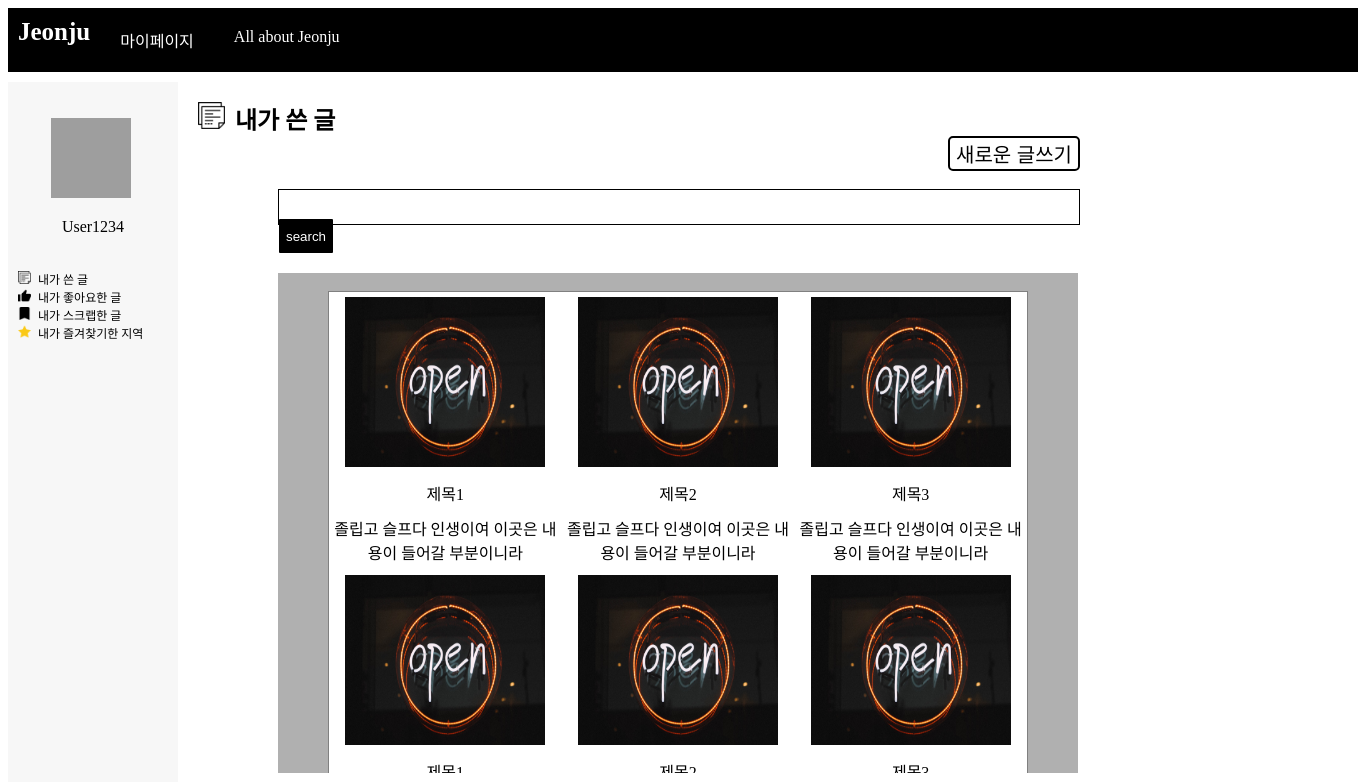
Repository: wka99/WEB-PROJECT
Page: Jeonju/WebContent/UserPage.html
These files come from the project's save history. The page is drawn as it stood at one moment and after the next save; the edit follows.
The browser window is 1280 px wide. The page is 1358 px wide, so the pictures cover 1358 px, including what lies to the right of the window. The pictures show the whole page.
Pictures or frames that could not be fetched are drawn as grey boxes. An inner scrolling area shows only its first screen. Some web libraries are served in a nearby version.

Above is the page before, as saved 2018-12-03 09:49:49.

### Jeonju/WebContent/UserPage.html
<!DOCTYPE html>
<html>
<head>
<meta content="text/html" charset="EUC-KR">
<script src="https://code.jquery.com/jquery-3.2.1.min.js"></script>
<script>
$(document).ready(function(){
    $("#searchbutton").click(function(event){
    	var keyword=$(".searchtext").val();
    	alert(keyword);
    });
})
</script>
<title>전주 mypage</title>
<link rel="stylesheet" type="text/css" href="NewFile.css">
</head>
<body>
<div id="container">
	<ul class="menubar">
		<li class="h"><a class="title" href="##"><b>Jeonju</b></a></li>
		<li class="h"><a class="h" href="UserPage.html">마이페이지</a>
			<ul>
				<li><a href="UserPage.html"><img id="usermenuimg" src="paper.png"></img> 내가 쓴 글</a></li>
				<li><a href="UserPage2.html"><img id="usermenuimg" src="thumb-up-button.png"></img> 내가 좋아요한 글</a></li>
				<li><a href="UserPage3.html"><img id="usermenuimg" src="bookmark-ribbon.png"></img> 내가 스크랩한 글</a></li>
				<li><a href="UserPage4.html"><img id="usermenuimg" src="star.png"></img> 내가 즐겨찾기한 글</a></li>
			</ul>
		</li>
		<li class="h"><a class="h" href="##">All about Jeonju</a></li>
	</ul>
    <nav>
    	<br><br>
    	<img id="userImg" src="user.png" width="80px" height="80px"></img>
    	<br><p align="center">User1234</p><br></a>
	<div class="menu">
    	<img id="usermenuimg" src="paper.png"></img>
    	<a href="UserPage.html"><span>&nbsp;내가 쓴 글</span><br></a>
    	<img id="usermenuimg" src="thumb-up-button.png"></img>
    	<a href="UserPage2.html"><span>&nbsp;내가 좋아요한 글</span><br></a>
    	<img id="usermenuimg" src="bookmark-ribbon.png"></img>
    	<a href="UserPage3.html"><span>&nbsp;내가 스크랩한 글</span><br></a>
    	<img id="usermenuimg" src="star.png"></img>
    	<a href="UserPage4.html"><span>&nbsp;내가 즐겨찾기한 지역</span></a>
	</div>
    </nav>
    <section>
    	<div class="title">
    		<img class="bigMenu" id="내가 쓴 글" src="paper.png" width="27px" height="27px"></img>
    		<b><font size="5">&nbsp;내가 쓴 글</font></b>
    	</div>
    	<div align="right">
    		<button class="btn-2" onClick="location.href='##sss'">새로운 글쓰기</button>
    	</div>
    	<br>
    	<form action="#" method="get">
    	<div class="searchwindow">
    		<input type="text" class="searchtext" value=""/>
    		<button id="searchbutton" type="button" class="search">search</button>
    	</div>
    	</form>
    	<br><br>
    	<div class="myPost">
    	<br>
    	<table id="user-table">
    		<tbody>
    		<tr>
				<td><img src="ds.jpg" width="200px" height="170px"></td>
				<td><img src="ds.jpg" width="200px" height="170px"></td>
				<td><img src="ds.jpg" width="200px" height="170px"></td>
    		</tr>
    		<tr>
    			<td height="10px">제목1</td>
				<td height="10px">제목2</td>
				<td height="10px">제목3</td>
    		</tr>
    		<tr>
    			<td height="50px">졸립고 슬프다 인생이여 이곳은 내용이 들어갈 부분이니라</td>
				<td height="50px">졸립고 슬프다 인생이여 이곳은 내용이 들어갈 부분이니라</td>
				<td height="50px">졸립고 슬프다 인생이여 이곳은 내용이 들어갈 부분이니라</td>
    		</tr>
    		<tr>
				<td><img src="ds.jpg" width="200px" height="170px"></td>
				<td><img src="ds.jpg" width="200px" height="170px"></td>
				<td><img src="ds.jpg" width="200px" height="170px"></td>
    		</tr>
    		<tr>
    			<td height="10px">제목1</td>
				<td height="10px">제목2</td>
				<td height="10px">제목3</td>
    		</tr>
    		<tr>
    			<td height="50px">졸립고 슬프다 인생이여 이곳은 내용이 들어갈 부분이니라</td>
				<td height="50px">졸립고 슬프다 인생이여 이곳은 내용이 들어갈 부분이니라</td>
				<td height="50px">졸립고 슬프다 인생이여 이곳은 내용이 들어갈 부분이니라</td>
    		</tr>
    		</tbody>
    	</table>
    	</div>
    </section>
</div>
</body>
</html>

### Jeonju/WebContent/NewFile.css
	#container{
		width:1350px;
		margin:0px auto;
	}
	header{
		    		width:100%;
                    height:50px;
                    background-color:black;
                    color:white;
                   }
    .menubar{
    	list-style-type:none;
    	margin:0;
    	padding:0;
    	overflow:hidden;
    	background-color:black;
    }
    li.h{
    	float:left;
    	solid #bbb;
    }
    li.h a.h{
    	display:block;
    	color:white;
    	text-align:center;
    	padding:20px;
    	text-decoration:none;
    }
    li.h a.title{
    	display:block;
    	color:white;
    	text-align:center;
    	padding:10px;
    	text-decoration:none;
    	font-size:25px;
    }
    .menubar li ul{
    	opacity:0.8;
		background: rgb(109,109,109);
		display:none; /* 평상시에는 드랍메뉴가 안보이게 하기 */
		height:auto;
		padding:0px;
		margin:0px;
		border:0px;
		position:absolute;
		width:200px;
		z-index:200;
	}
	.menubar li:hover ul{
		display:block; /* 마우스 커서 올리면 드랍메뉴 보이게 하기 */
	}
	.menubar li li {
	background: rgb(109,109,109);
	display:block;
	float:none;
	margin:0px;
	padding:0px;
	width:200px;
	}
	.menubar li:hover li a{
	background:none;
	}
	.menubar li ul a{
	display:block;
    color:white;
    text-align:left;
    text-decoration:none;
    padding:15px;
	}
	.menubar li ul a:hover, .menubar li ul li:hover a{
	background: rgb(71,71,71);
	border:0px;
	color:#ffffff;
	text-decoration:none;
	}
    li.h a.h:hover{background-color:#dfdfdf;}

    .searchwindow {
	display: inline-block;
	width: 800px; height: 34px;
	border: 1px solid black;
	background: white;
	align:center;
	margin-left:100px;
	}
	.searchtext {
		width: 731px; height: 21px;
		margin: 6px 0 0 9px;
		border: 0;
		line-height: 21px;
		font-size: 16px;
		outline: none;
	}
	.searchwindow4 {
	display: inline-block;
	width: 700px; height: 34px;
	border: 1px solid black;
	background: white;
	align:center;
	}
	.searchtext4 {
		width: 631px; height: 21px;
		margin: 6px 0 0 9px;
		border: 0;
		line-height: 21px;
		font-size: 16px;
		outline: none;
	}
	.search,.search4 {
		width: 54px; height: 34px;
		margin: 0; border: 0;
		vertical-align: top;
		background: black;
		color: white;
		border-radius: 1px;
		cursor: pointer;
	}
	.search:hover,.search4:hover {
		background: #faa93e;
	}

	.btn-2,
	.btn-2::after {
	  -webkit-transition: all 0.3s;
	    -moz-transition: all 0.3s;
	  -o-transition: all 0.3s;
	    transition: all 0.3s;
	}
	.btn-2{
	  background: none;
	  border: 2px solid #000000;
	  border-radius: 5px;
	  color: #000000;
	  display: block;
	  font-size: 20px;

	  position: relative;
	  text-transform: uppercase;
	}

	.btn-2::before,
	.btn-2::after {
	  background: #000000;
	  content: '';
	  position: absolute;
	  z-index: -1;
	}

	.btn-2:hover {
	  color: #fff;
	}

	.btn-2::after {
	  height: 100%;
	  left: 0;
	  top: 0;
	  width: 0;
	}

	.btn-2:hover:after {
	  width: 100%;
	}
	select {
		margin-left:100px;
	    width: 100px;
	    height: 40px;
	    padding-left: 10px;
	    font-size: 18px;
	    color:#636363;
	    border: 1px solid #636363;
	    border-radius: 3px;
	    -webkit-appearance: none; /* 화살표 없애기 for chrome*/
	   -moz-appearance: none;    /* 화살표 없애기 for firefox*/
	   appearance: none;         /* 화살표 없애기 공통*/
	}
    nav{
            float:left;
            margin-top:10px;
            background-color:#f7f7f7;
            width:170px;
            height:700px;}
    section{
    		float:left;
    	}
    #userImg{margin-left:43px;}
    #usermenuimg{margin-left:10px;width:13px;height:13px;}
	.menu{margin-bottom:5px;}
    nav span{font-size:12px;}
    .menu a{color:black;text-decoration:none;}
    header a{color:white;text-decoration:none;}
    .bigMenu{margin-left:20px; margin-top:30px;}
    .myPost,.bookmark_posts{width:800px; height:500px; margin-left:100px; overflow:auto; background-color:#b0b0b0;}
    #user-table,#bookmark-table{margin:0 auto;text-align:center;border-collapse:collapse;width:700px;
                border:1px solid gray; background-color:white;}
    #user-table td,#bookmark-table td{padding:5px;}

After the next save:
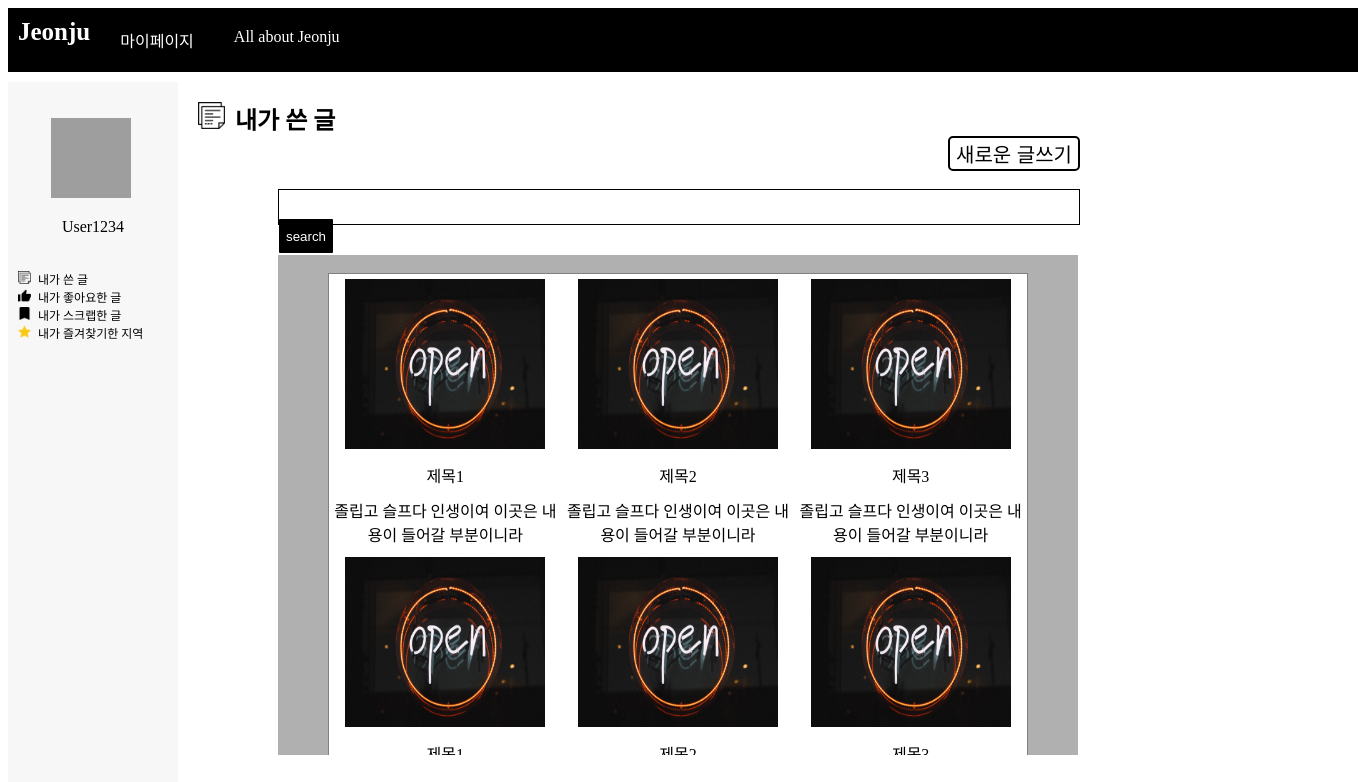
Saved 55 s later.
--- a/Jeonju/WebContent/UserPage.html
+++ b/Jeonju/WebContent/UserPage.html
@@ -52,12 +52,10 @@ $(document).ready(function(){
     		<button class="btn-2" onClick="location.href='##sss'">새로운 글쓰기</button>
     	</div>
     	<br>
-    	<form action="#" method="get">
     	<div class="searchwindow">
     		<input type="text" class="searchtext" value=""/>
     		<button id="searchbutton" type="button" class="search">search</button>
     	</div>
-    	</form>
     	<br><br>
     	<div class="myPost">
     	<br>
